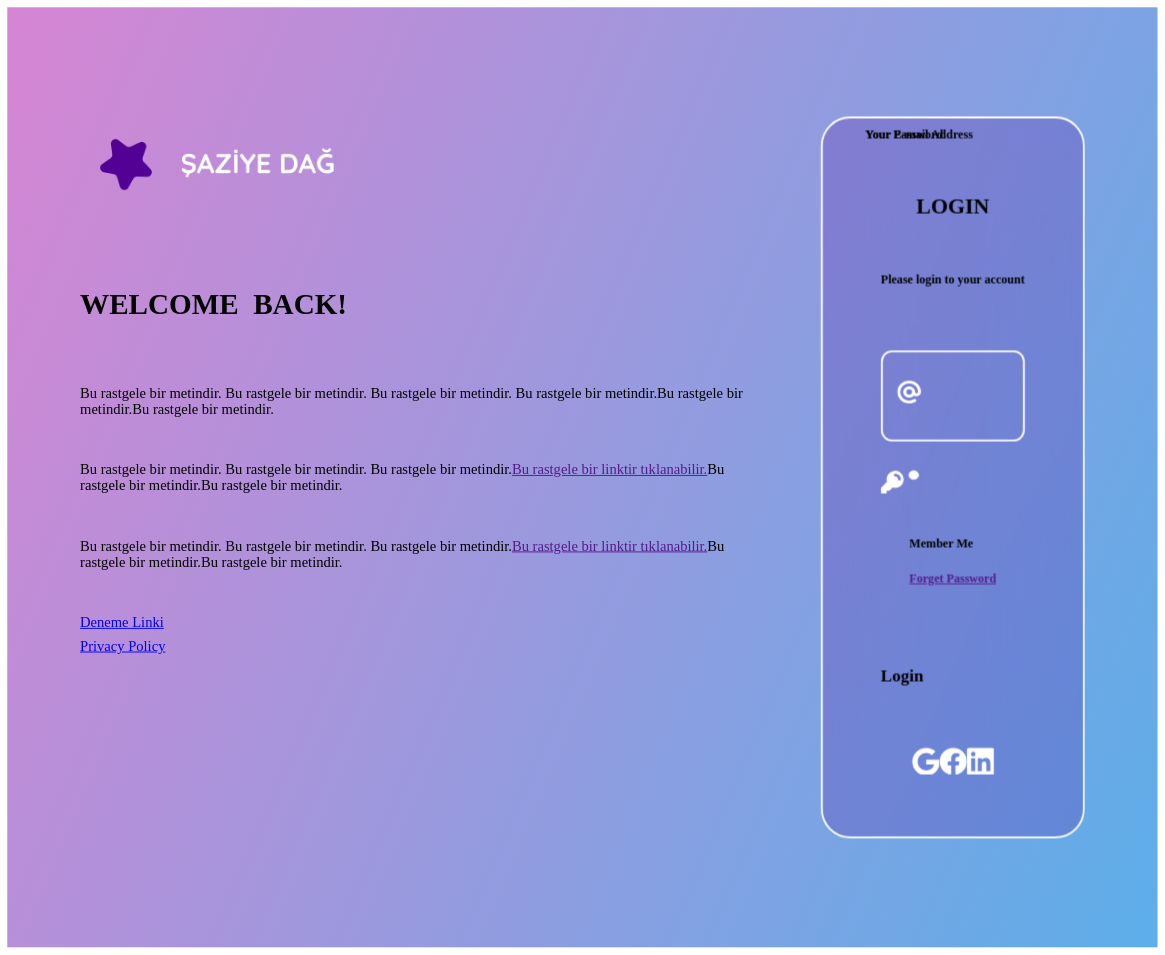
Repository: szydag/login
Page: /
An editor plug-in stored every save of this project. The page is shown before and after the next save, followed by the edit.
The browser window is 1280 px wide. The pictures show the whole page, at 91% of full size.
The project was rebuilt for these pictures with package versions that can differ from the ones it lists, and the page was loaded fresh each time. Also part of the build but not shown: src/assets/svgr/unhiddenIcon/index.js.

Above is the page before, as saved 2023-10-22 19:59:45.

### src/index.js
import React from 'react';
import ReactDOM from 'react-dom/client';
import App from './app/index';
import {
    BrowserRouter
} from "react-router-dom";

const root = ReactDOM.createRoot(document.getElementById('root'));
root.render(
    <BrowserRouter>
        <App />
    </BrowserRouter>
);

### src/app/index.js
import LoginPage from "./pages/login";
import useStyles from "./style";

const App = () => {
    useStyles();
    return <div>
        <LoginPage />
    </div>

};

export default App;

### src/app/pages/login/index.js
import React, { useEffect } from 'react'
import useStyles from './style';
import logo from './../../../assets/logo.png'
import MailIcon from './../../../assets/svgr/mailIcon/index.js'
import PasswordIcon from './../../../assets/svgr/passwordIcon/index.js'
import HiddenIcon from './../../../assets/svgr/hiddenIcon/index.js'
import UnhiddenIcon from './../../../assets/svgr/unhiddenIcon/index.js'
import GoogleIcon from './../../../assets/svgr/googleIcon/index.js'
import FacebookIcon from './../../../assets/svgr/facebookIcon/index.js'
import LinkedInIcon from './../../../assets/svgr/linkedInIcon/index.js'
const LoginPage = () => {

    const classes = useStyles();
    return <div
        className={classes.loginPage}
    >
        <div
            className={classes.promotionTexts}
        >
            <div
                className={classes.logo}
            >
                <img
                    src={logo}
                    alt=""
                />
            </div>
            <div
                className={classes.mainContent}
            >
                <div
                    className={classes.title}
                >
                    <h1>WELCOME</h1>
                    <h1>BACK!</h1>
                </div>
                <div
                    className={classes.contentText}
                >
                    <p>
                        Bu rastgele bir metindir. Bu rastgele bir metindir. Bu rastgele bir metindir. Bu rastgele bir metindir.Bu rastgele bir metindir.Bu rastgele bir metindir.
                    </p>
                    <p>
                        Bu rastgele bir metindir. Bu rastgele bir metindir. Bu rastgele bir metindir.
                        <a
                            href=""
                        >
                            Bu rastgele bir linktir tıklanabilir.
                        </a>
                        Bu rastgele bir metindir.Bu rastgele bir metindir.
                    </p>
                    <p>
                        Bu rastgele bir metindir. Bu rastgele bir metindir. Bu rastgele bir metindir.
                        <a
                            href=""
                        >
                            Bu rastgele bir linktir tıklanabilir.
                        </a>
                        Bu rastgele bir metindir.Bu rastgele bir metindir.
                    </p>
                </div>
                <div
                    className={classes.links}
                >
                    <a
                        href="

                    ">
                        Deneme Linki
                    </a>
                    <a
                        href="

                    ">
                        Privacy Policy
                    </a>
                </div>

            </div>
        </div>
        <div
            className={classes.loginArea}
        >
            <div
                className={classes.header}
            >
                <h2>LOGIN</h2>
                <h5>Please login to your account</h5>
            </div>
            <div
                className={classes.container}
            >
                <div
                    className={classes.loginMainContent}
                >
                    <div
                        className={classes.inputArea}
                    >
                        <div
                            className={classes.mailInput}
                        >
                            <div
                                className={classes.content}
                            >
                                <MailIcon
                                    color='#ffffff'
                                    size={30}
                                ></MailIcon>

                            </div>
                            <div
                                className={classes.inputTitle}
                            >
                                <h5>Your E-mail  Address</h5>
                            </div>
                        </div>
                        <div
                            className={classes.passwordInput}
                        >
                            <div
                                className={classes.content}
                            >
                                <PasswordIcon
                                    color='#ffffff'
                                    size={30}
                                >
                                </PasswordIcon>
                                <HiddenIcon
                                    color='#ffffff'
                                    size={30}
                                >

                                </HiddenIcon>
                            </div>
                            <div
                                className={classes.inputTitle}
                            >
                                <h5>Your Password</h5>
                            </div>

                        </div>
                    </div>
                    <div
                        className={classes.passwordSettingsArea}
                    >
                        <div
                            className={classes.memberMeArea}
                        >
                            <h5>Member Me</h5>
                        </div>
                        <h5>
                            <a href="">
                                Forget Password
                            </a>
                        </h5>
                    </div>
                </div>
                <div
                    className={classes.loginButton}
                >
                    <h3>Login</h3>
                </div>
            </div>
            <div
                className={classes.accountSettings}
            >
                <div
                    className={classes.accountSettingsTitle}
                >

                </div>
                <div
                    className={classes.socialMediaIcons}
                >
                    <GoogleIcon
                        color='#ffffff'
                        size={30}
                    >
                    </GoogleIcon>
                    <FacebookIcon
                        color='#ffffff'
                        size={30}
                    >
                    </FacebookIcon>
                    <LinkedInIcon
                        color='#ffffff'
                        size={30}
                    >
                    </LinkedInIcon>
                </div>
                <div
                    className={classes.newAccountArea}
                >

                </div>
            </div>
        </div>
    </div>
}

export default LoginPage;

### src/app/style.js
import { createUseStyles } from "react-jss";

const useStyles = createUseStyles({
    loginPage: {
    },
})
export default useStyles;

### src/app/pages/login/style.js

import { createUseStyles } from "react-jss";

const useStyles = createUseStyles({
    loginPage: {
        display: 'flex',
        padding: '120px 80px',
        alignItems: 'flex-start',
        gap: '80px',
        background: 'linear-gradient(113deg, #B9A675 0%, #D685D3 0%, #5CAEE9 100%)',
    },
    promotionTexts: {
        display: 'flex',
        flexDirection: 'column',
        alignItems: 'flex-start',
        gap: '64px',
        flex: '1 0 0',
        alignSelf: 'stretch',
    },
    logo: {
        display: 'flex',
        alignItems: 'center',
        gap: '8px',
    },
    mainContent: {
        display: 'flex',
        flexDirection: 'column',
        justifyContent: ' center',
        alignItems: 'flex-start',
        gap: '32px',
        alignSelf: 'stretch',
    },
    title: {
        display: 'flex',
        alignItems: 'flex-start',
        gap: '16px',
    },
    contentText: {
        display: 'flex',
        flexDirection: 'column',
        alignItems: 'flex - start',
        gap: '16px',
        alignSelf: 'stretch',
    },
    links: {
        display: 'flex',
        flexDirection: 'column',
        alignItems: 'flex-start',
        gap: '8px',
    },
    loginArea: {
        display: 'flex',
        padding: '64px',
        flexDirection: 'column',
        justifyContent: 'center',
        alignItems: 'center',
        gap: '48px',
        alignSelf: 'stretch',
        borderRadius: '32px',
        border: '2px solid #FFF',
        background: 'rgba(83, 0, 148, 0.20)',
        backdropFilter: 'blur(45px)',
    },
    header: {
        display: 'flex',
        flexDirection: 'column',
        alignItems: 'center',
        gap: '16px',
    },
    container: {
        display: 'flex',
        flexDirection: 'column',
        alignItems: 'flex-start',
        gap: '48px',
        alignSelf: 'stretch',
    },
    loginMainContent: {
        display: 'flex',
        flexDirection: 'column',
        justifyContent: 'center',
        alignItems: 'center',
        gap: '16px',
        alignSelf: 'stretch',
    },
    inputArea: {
        display: 'flex',
        flexDirection: 'column',
        alignItems: 'flex-start',
        gap: '32px',
        alignSelf: 'stretch',
    },
    mailInput: {
        display: 'flex',
        height: '64px',
        padding: '16px',
        flexDirection: 'column',
        justifyContent: 'center',
        alignItems: 'flex-start',
        gap: '437px',
        alignSelf: 'stretch',
        borderRadius: '12px',
        border: '2px solid #FFF',
    },
    content: {
        display: 'flex',
        justifyContent: 'center',
        alignItems: 'center',
        gap: '6px',
    },
    inputTitle: {
        display: 'flex',
        padding: '0px 10px',
        alignItems: 'center',
        gap: '10px',
        position: 'absolute',
        left: '37px',
        top: '-12px',
    },
    passwordInput: {
    },
    content: {
    },
    passwordSettingsArea: {
    },
    memberMeArea: {
    },
    loginButton: {
    },
    accountSettings: {
    },
    accountSettingsTitle: {
    },
    socialMediaIcons: {
    },
    newAccountArea: {
    },
})
export default useStyles;

### src/assets/svgr/mailIcon/index.js
import * as React from "react"
const MailIcon = ({
    color = "#ffffff",
    size = 30,
    ...props
}) => {
    const pathScale = 30 / size;
    return <svg
        xmlns="http://www.w3.org/2000/svg"
        width={size}
        height={size}
        fill="none"
        {...props}
    >
        <path
            fill={color}
            transform={`scale(${1 / 1})`}
            d="M19.894 6.125c-3.807-3.661-9.98-3.661-13.788 0s-3.808 9.597 0 13.258c3.31 3.183 8.41 3.6 12.187 1.248.753-.47 1.759-.263 2.247.461.488.725.273 1.692-.48 2.161-5.038 3.138-11.837 2.586-16.252-1.66-5.077-4.881-5.077-12.796 0-17.678 5.076-4.881 13.308-4.881 18.384 0C24.73 6.355 26 9.558 26 12.755c0 2.588-2.183 4.687-4.875 4.687a4.982 4.982 0 0 1-2.925-.937c-1.186 1.517-3.074 2.5-5.2 2.5-3.59 0-6.5-2.799-6.5-6.25 0-3.453 2.91-6.25 6.5-6.25s6.5 2.797 6.5 6.25c0 .862.727 1.562 1.625 1.562s1.625-.7 1.625-1.563c0-2.402-.952-4.798-2.856-6.629Zm-3.644 6.63c0-1.727-1.455-3.126-3.25-3.126s-3.25 1.4-3.25 3.125c0 1.726 1.455 3.125 3.25 3.125s3.25-1.399 3.25-3.125Z"
        />
    </svg>
}
export default MailIcon

### src/assets/svgr/passwordIcon/index.js
import * as React from "react"
const PasswordIcon = ({
    color = "#ffffff",
    size = 30,
    ...props
}) => {
    const pathScale = 30 / size;
    return <svg
        xmlns="http://www.w3.org/2000/svg"
        width={size}
        height={size}
        fill="none"
        {...props}
    >
        <path
            fill={color}
            transform={`scale(${1 / 1})`}
            d="M25 9.63a9.375 9.375 0 0 1-12.098 8.972L9.375 22.13H6.25v3.125H0v-6.25l6.652-6.652A9.375 9.375 0 1 1 25 9.63Zm-9.375-6.25a1.563 1.563 0 0 0 0 3.124c1.726 0 3.125 1.4 3.125 3.125a1.563 1.563 0 0 0 3.125 0 6.25 6.25 0 0 0-6.25-6.25Z"
        />
    </svg>
}
export default PasswordIcon

### src/assets/svgr/hiddenIcon/index.js
import * as React from "react"
const HiddenIcon = ({
    color = "#ffffff",
    size = 30,
    ...props
}) => {
    const pathScale = 30 / size;
    return <svg
        xmlns="http://www.w3.org/2000/svg"
        width={size}
        height={size}
        fill="none"
        {...props}
    >
        <path
            fill={color}
            transform={`scale(${1 / 1})`}
            d="M0 5.03C.801 2.115 3.185 0 6 0s5.199 2.115 6 5.03c-.801 2.915-3.185 5.03-6 5.03S.801 7.945 0 5.03Zm8.515 0C8.515 6.617 7.39 7.904 6 7.904c-1.39 0-2.515-1.287-2.515-2.874C3.485 3.443 4.61 2.156 6 2.156c1.39 0 2.515 1.287 2.515 2.874Z"
        />
    </svg>
}
export default HiddenIcon

### src/assets/svgr/googleIcon/index.js
import * as React from "react"
const GoogleIcon = ({
    color = "#ffffff",
    size = 30,
    ...props
}) => {
    const pathScale = 30 / size;
    return <svg
        xmlns="http://www.w3.org/2000/svg"
        width={size}
        height={size}
        fill="none"
        {...props}
    >
        <path
            fill={color}
            transform={`scale(${1 / 1})`}
            d="M30.5 16.357c0 8.698-5.957 14.889-14.754 14.889A15.228 15.228 0 0 1 .5 16 15.228 15.228 0 0 1 15.746.754c4.106 0 7.561 1.506 10.223 3.99l-4.15 3.99C16.392 3.496 6.298 7.43 6.298 16c0 5.318 4.248 9.627 9.449 9.627 6.037 0 8.3-4.328 8.656-6.572h-8.656v-5.243H30.26c.142.78.24 1.53.24 2.545Z"
        />
    </svg>
}
export default GoogleIcon

### src/assets/svgr/facebookIcon/index.js
import * as React from "react"
const FacebookIcon = ({
    color = "#ffffff",
    size = 30,
    ...props
}) => {
    const pathScale = 30 / size;
    return <svg
        xmlns="http://www.w3.org/2000/svg"
        width={size}
        height={size}
        fill="none"
        {...props}
    >
        <path
            fill={color}
            transform={`scale(${1 / 1})`}
            d="M30.5 15.754c0-8.286-6.714-15-15-15s-15 6.714-15 15c0 7.487 5.485 13.692 12.656 14.819V20.09h-3.81v-4.336h3.81V12.45c0-3.759 2.238-5.835 5.666-5.835 1.641 0 3.358.293 3.358.293v3.689h-1.892c-1.863 0-2.444 1.156-2.444 2.343v2.815h4.16l-.666 4.336h-3.494v10.483C25.014 29.446 30.5 23.24 30.5 15.754Z"
        />
    </svg>
}
export default FacebookIcon

### src/assets/svgr/linkedInIcon/index.js
import * as React from "react"
const LinkedInIcon = ({
    color = "#ffffff",
    size = 30,
    ...props
}) => {
    const pathScale = 30 / size;
    return <svg
        xmlns="http://www.w3.org/2000/svg"
        width={size}
        height={size}
        fill="none"
        {...props}
    >
        <path
            fill={color}
            transform={`scale(${1 / 1})`}
            d="M28.357.754H2.637C1.456.754.5 1.725.5 2.917v25.674c0 1.192.958 2.163 2.136 2.163h25.721c1.179 0 2.143-.97 2.143-2.163V2.917c0-1.192-.964-2.163-2.143-2.163ZM9.567 26.468H5.121V12.151h4.453v14.317h-.007ZM7.344 10.196a2.58 2.58 0 0 1 0-5.156 2.584 2.584 0 0 1 2.578 2.578 2.575 2.575 0 0 1-2.578 2.578Zm18.89 16.272h-4.446v-6.964c0-1.66-.034-3.797-2.31-3.797-2.317 0-2.672 1.808-2.672 3.677v7.084h-4.447V12.151h4.266v1.956h.06c.596-1.125 2.05-2.31 4.212-2.31 4.5 0 5.337 2.966 5.337 6.823v7.848Z"
        />
    </svg>
}
export default LinkedInIcon

Loaded but not shown: public/index.html (common file)

After the next save:
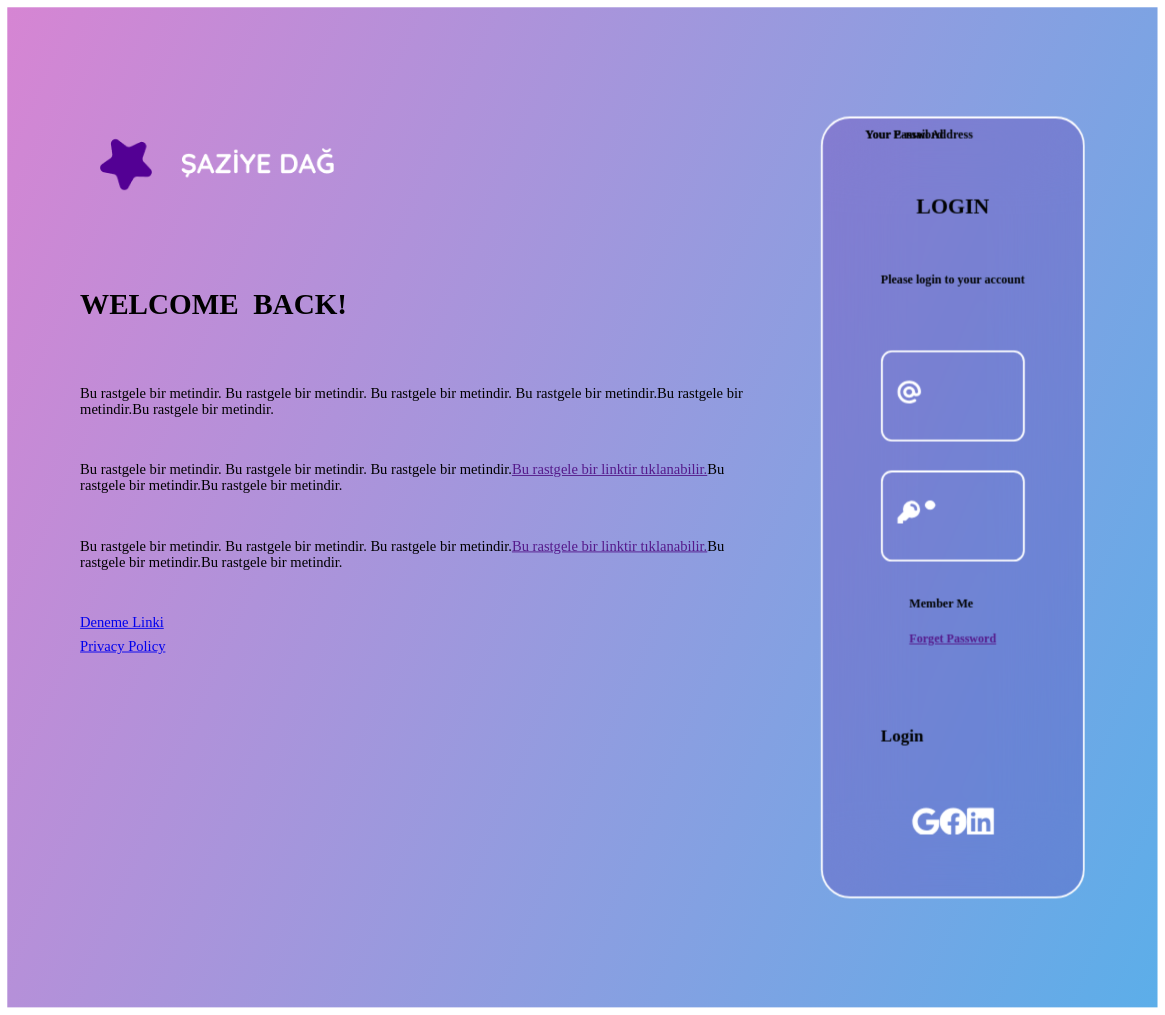
Saved 63 s later.
--- a/src/app/pages/login/style.js
+++ b/src/app/pages/login/style.js
@@ -117,6 +117,14 @@ const useStyles = createUseStyles({
         top: '-12px',
     },
     passwordInput: {
+        display: 'flex',
+        height: '64px',
+        padding: '16px',
+        justifyContent: 'space-between',
+        alignItems: 'center',
+        alignSelf: 'stretch',
+        borderRadius: '12px',
+        border: '2px solid #FFF',
     },
     content: {
     },
